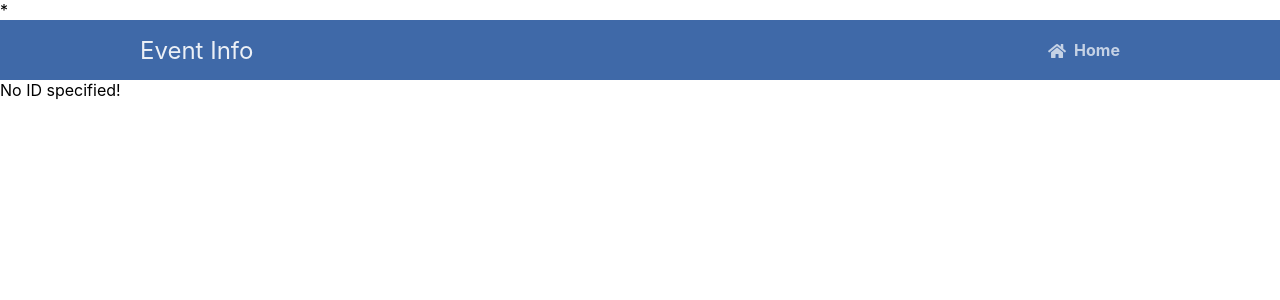
Repository: Zakraouihadil1/stage-perfectionnement-
Page: http://localhost/espace admin/delete-event.php
An editor plug-in stored every save of this project. The page is shown before and after the next save, followed by the edit.
The browser window is 1280 px wide. The pictures show the whole page.
The page is run by PHP 8.4 with error messages shown; the project is at /var/www/html/.

Above is the page before, as saved 2021-09-27 21:17:00.

### Espace admin/delete-event.php
<!DOCTYPE html>
<html>
    <head>
        <title></title>
        <meta charset='utf-8'>*
        <link href="style.css" rel="stylesheet" type="text/css">
		<link rel="stylesheet" href="https://use.fontawesome.com/releases/v5.7.1/css/all.css">

    </head>
    <body>
    <nav class="navtop">
    	<div>
    		<h1>Event Info</h1>
            <a href="user-home.php"><i class="fas fa-home"></i>Home</a>
    	</div>
    </nav>
    <?php
    session_start();
    $serveur = "localhost";
        $dbname = "espace_admin_s2t";
        $user = "root";
        $pass = "";
$pdo =  new PDO("mysql:host=$serveur;dbname=$dbname",$user,$pass);
$msg = '';
// Check that the contact ID exists
if (isset($_GET['id'])) {
    // Select the record that is going to be deleted
    $stmt = $pdo->prepare('SELECT * FROM events WHERE id = ?');
    $stmt->execute([$_GET['id']]);
    $contact = $stmt->fetch(PDO::FETCH_ASSOC);
    if (!$contact) {
        exit('Contact doesn\'t exist with that ID!');
    }
    // Make sure the user confirms beore deletion
    if (isset($_GET['confirm'])) {
        if ($_GET['confirm'] == 'yes') {
            // User clicked the "Yes" button, delete record
            $stmt = $pdo->prepare('DELETE FROM events WHERE id = ?');
            $stmt->execute([$_GET['id']]);
            $msg = 'You have deleted the Event!';
        } else {
            // User clicked the "No" button, redirect them back to the read page
            header('Location: user-home.php');
            exit;
        }
    }
} else {
    exit('No ID specified!');
}
?>
    <div class="content delete">
	<h2>Delete Event #<?=$contact['id']?></h2>
    <?php if ($msg): ?>
    <p><?=$msg?></p>
    <?php else: ?>
	<p>Are you sure you want to delete Event #<?=$contact['id']?>?</p>
    <div class="yesno">
        <a href="delete-event.php?id=<?=$contact['id']?>&confirm=yes">Yes</a>
        <a href="delete-event.php?id=<?=$contact['id']?>&confirm=no">No</a>
    </div>
    <?php endif; ?>
</div>
    <?php

?>
    </body>
</html>

### espace admin/style.css
* {
    box-sizing: border-box;
    font-family: -apple-system, BlinkMacSystemFont, "segoe ui", roboto, oxygen, ubuntu, cantarell, "fira sans", "droid sans", "helvetica neue", Arial, sans-serif;
    font-size: 16px;
    -webkit-font-smoothing: antialiased;
    -moz-osx-font-smoothing: grayscale;
}
body {
    background-color: #FFFFFF;
    margin: 0;
}
.navtop {
    background-color: #3f69a8;
    height: 60px;
    width: 100%;
    border: 0;
}
.navtop div {
    display: flex;
    margin: 0 auto;
    width: 1000px;
    height: 100%;
}
.navtop div h1, .navtop div a {
    display: inline-flex;
    align-items: center;
}
.navtop div h1 {
    flex: 1;
    font-size: 24px;
    padding: 0;
    margin: 0;
    color: #ecf0f6;
    font-weight: normal;
}
.navtop div a {
    padding: 0 20px;
    text-decoration: none;
    color: #c5d2e5;
    font-weight: bold;
}
.navtop div a i {
    padding: 2px 8px 0 0;
}
.navtop div a:hover {
    color: #ecf0f6;
}
.content {
    width: 1000px;
    margin: 0 auto;
}
.content h2 {
    margin: 0;
    padding: 25px 0;
    font-size: 22px;
    border-bottom: 1px solid #ebebeb;
    color: #666666;
}
.read .create-contact {
    display: inline-block;
    text-decoration: none;
    background-color: #38b673;
    font-weight: bold;
    font-size: 14px;
    color: #FFFFFF;
    padding: 10px 15px;
    margin: 15px 0;
}
.read .create-contact:hover {
    background-color: #32a367;
}
.read .pagination {
    display: flex;
    justify-content: flex-end;
}
.read .pagination a {
    display: inline-block;
    text-decoration: none;
    background-color: #a5a7a9;
    font-weight: bold;
    color: #FFFFFF;
    padding: 5px 10px;
    margin: 15px 0 15px 5px;
}
.read .pagination a:hover {
    background-color: #999b9d;
}
.read table {
    width: 100%;
    padding-top: 30px;
    border-collapse: collapse;
}
.read table thead {
    background-color: #ebeef1;
    border-bottom: 1px solid #d3dae0;
}
.read table thead td {
    padding: 10px;
    font-weight: bold;
    color: #767779;
    font-size: 14px;
}
.read table tbody tr {
    border-bottom: 1px solid #d3dae0;
}
.read table tbody tr:nth-child(even) {
    background-color: #fbfcfc;
}
.read table tbody tr:hover {
    background-color: #376ab7;
}
.read table tbody tr:hover td {
    color: #FFFFFF;
}
.read table tbody tr:hover td:nth-child(1) {
    color: #FFFFFF;
}
.read table tbody tr td {
    padding: 10px;
}
.read table tbody tr td:nth-child(1) {
    color: #a5a7a9;
}
.read table tbody tr td.actions {
    padding: 8px;
    text-align: right;
}
.read table tbody tr td.actions .edit, .read table tbody tr td.actions .trash {
    display: inline-flex;
    text-align: right;
    text-decoration: none;
    color: #FFFFFF;
    padding: 10px 12px;
}
.read table tbody tr td.actions .trash {
    background-color: #b73737;
}
.read table tbody tr td.actions .trash:hover {
    background-color: #a33131;
}
.read table tbody tr td.actions .edit {
    background-color: #37afb7;
}
.read table tbody tr td.actions .edit:hover {
    background-color: #319ca3;
}
.update form {
    padding: 15px 0;
    display: flex;
    flex-flow: wrap;
}
.update form label {
    display: inline-flex;
    width: 400px;
    padding: 10px 0;
    margin-right: 25px;
}
.update form input {
    padding: 10px;
    width: 400px;
    margin-right: 25px;
    margin-bottom: 15px;
    border: 1px solid #cccccc;
}
.update form input[type="submit"] {
    display: block;
    background-color: #38b673;
    border: 0;
    font-weight: bold;
    font-size: 14px;
    color: #FFFFFF;
    cursor: pointer;
    width: 200px;
  margin-top: 15px;
}
.update form input[type="submit"]:hover {
    background-color: #32a367;
}
.delete .yesno {
    display: flex;
}
.delete .yesno a {
    display: inline-block;
    text-decoration: none;
    background-color: #38b673;
    font-weight: bold;
    color: #FFFFFF;
    padding: 10px 15px;
    margin: 15px 10px 15px 0;
}
.delete .yesno a:hover {
    background-color: #32a367;
}

After the next save:
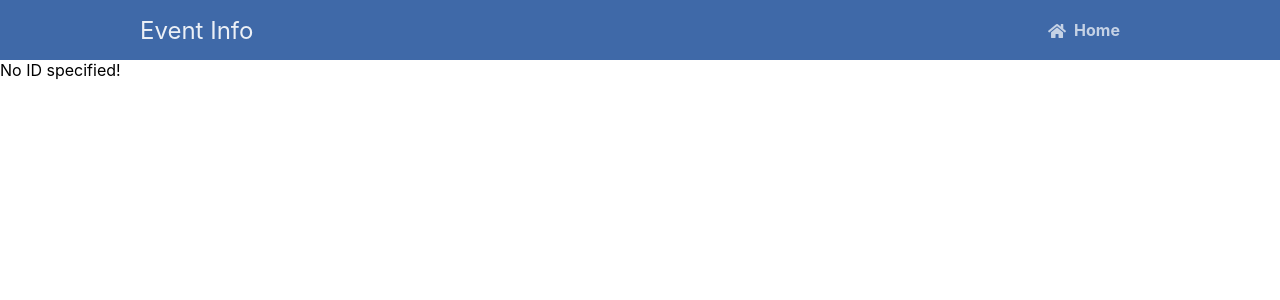
Saved 4 min 1 s later.
--- a/Espace admin/delete-event.php
+++ b/Espace admin/delete-event.php
@@ -2,7 +2,7 @@
 <html>
     <head>
         <title></title>
-        <meta charset='utf-8'>*
+        <meta charset='utf-8'>
         <link href="style.css" rel="stylesheet" type="text/css">
 		<link rel="stylesheet" href="https://use.fontawesome.com/releases/v5.7.1/css/all.css">
 
